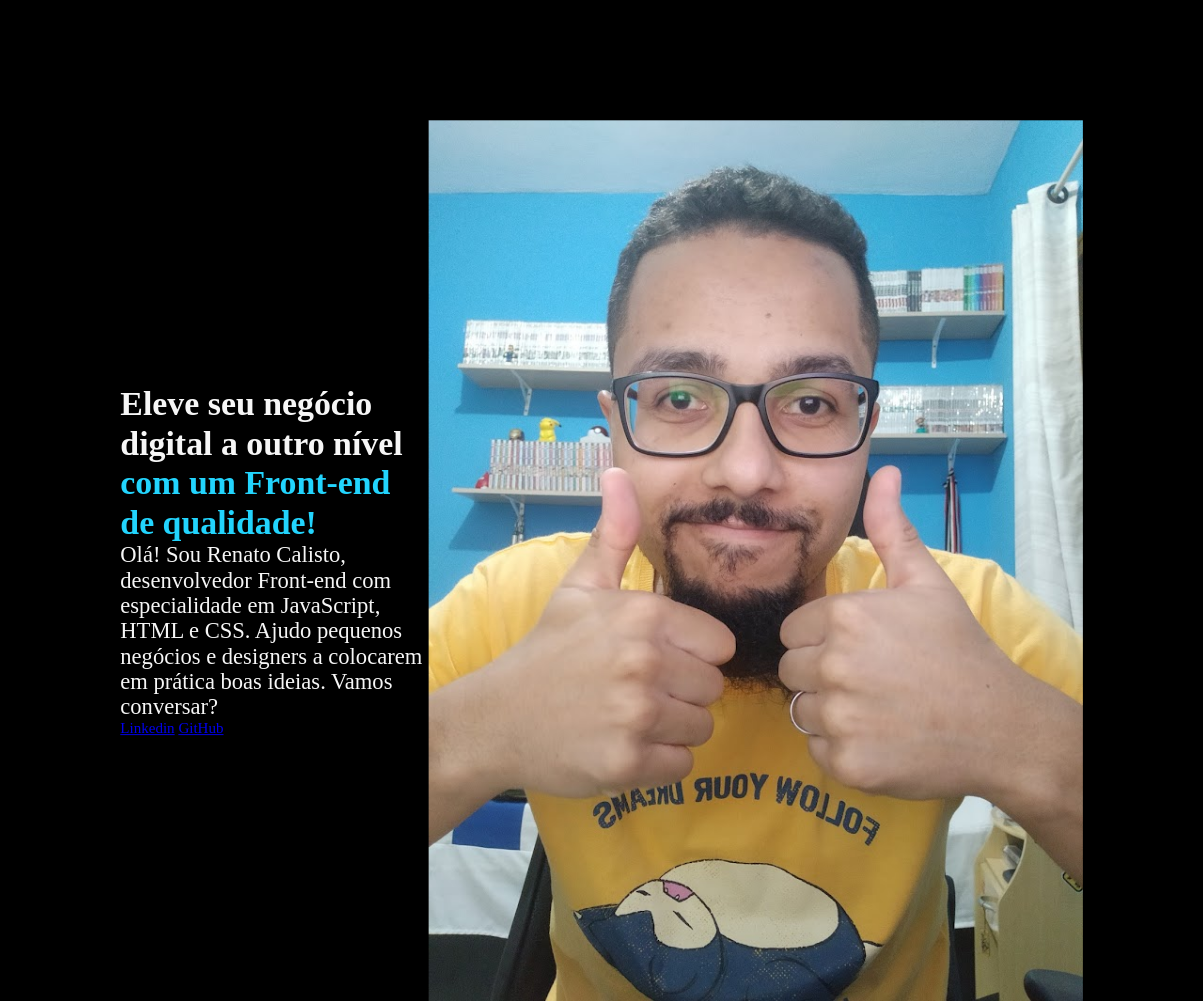
Repository: RenatoCCS/Portfolio_Alura
Page: index.html
These files come from the project's save history. The page is drawn as it stood at one moment and after the next save; the edit follows.
The browser window is 1280 px wide. The pictures show the whole page, at 94% of full size.

Above is the page before, as saved 2023-02-24 22:13:02.

After the next save:
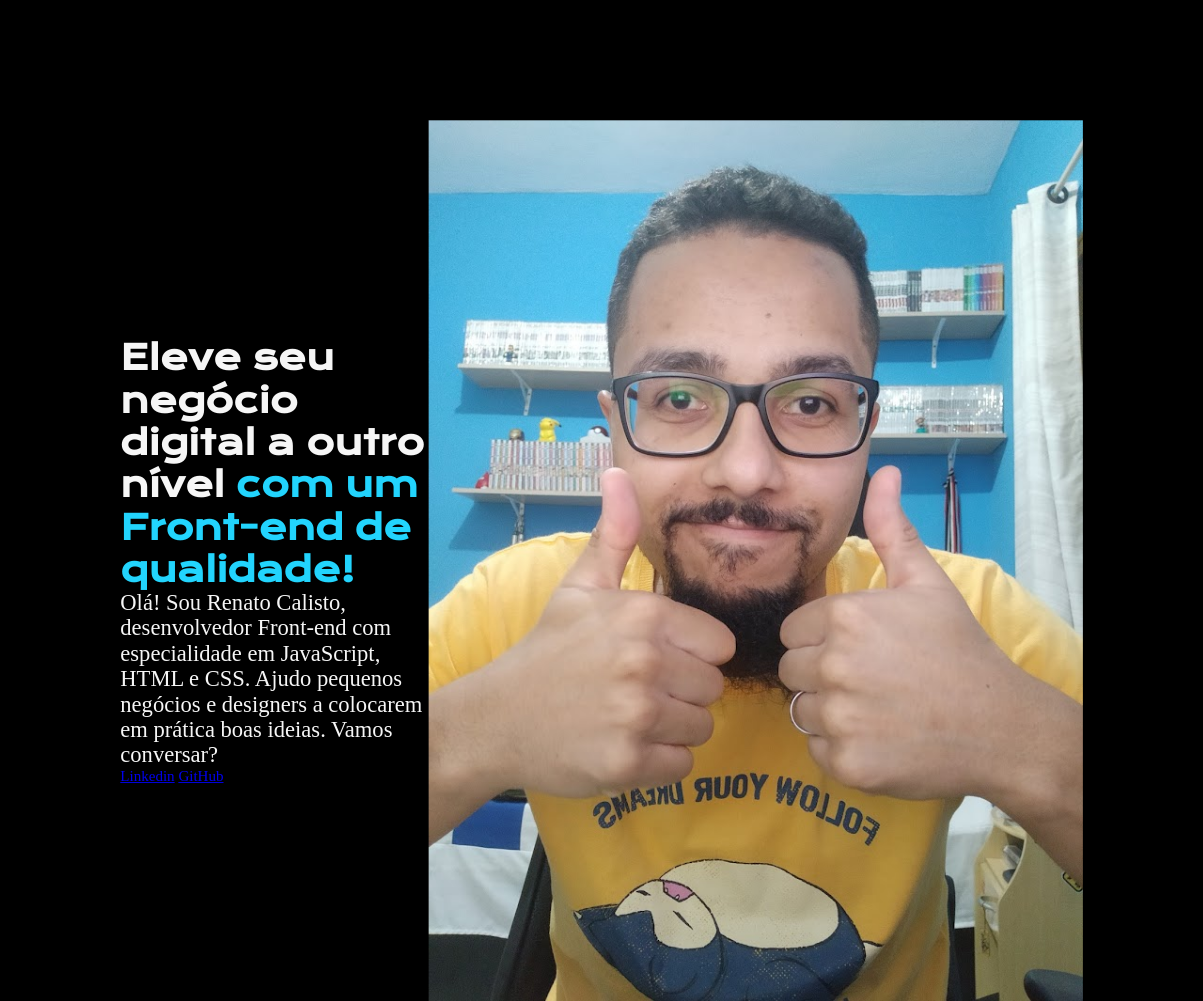
Saved 35 s later.
--- a/style.css
+++ b/style.css
@@ -29,7 +29,7 @@ body {
 
 .apresentacao__conteudo__titulo {
   font-size: 36px;
-  font-family: ;
+  font-family: 'Krona One', sans-serif;
 }
 
 .apresentacao__conteudo__texto {
